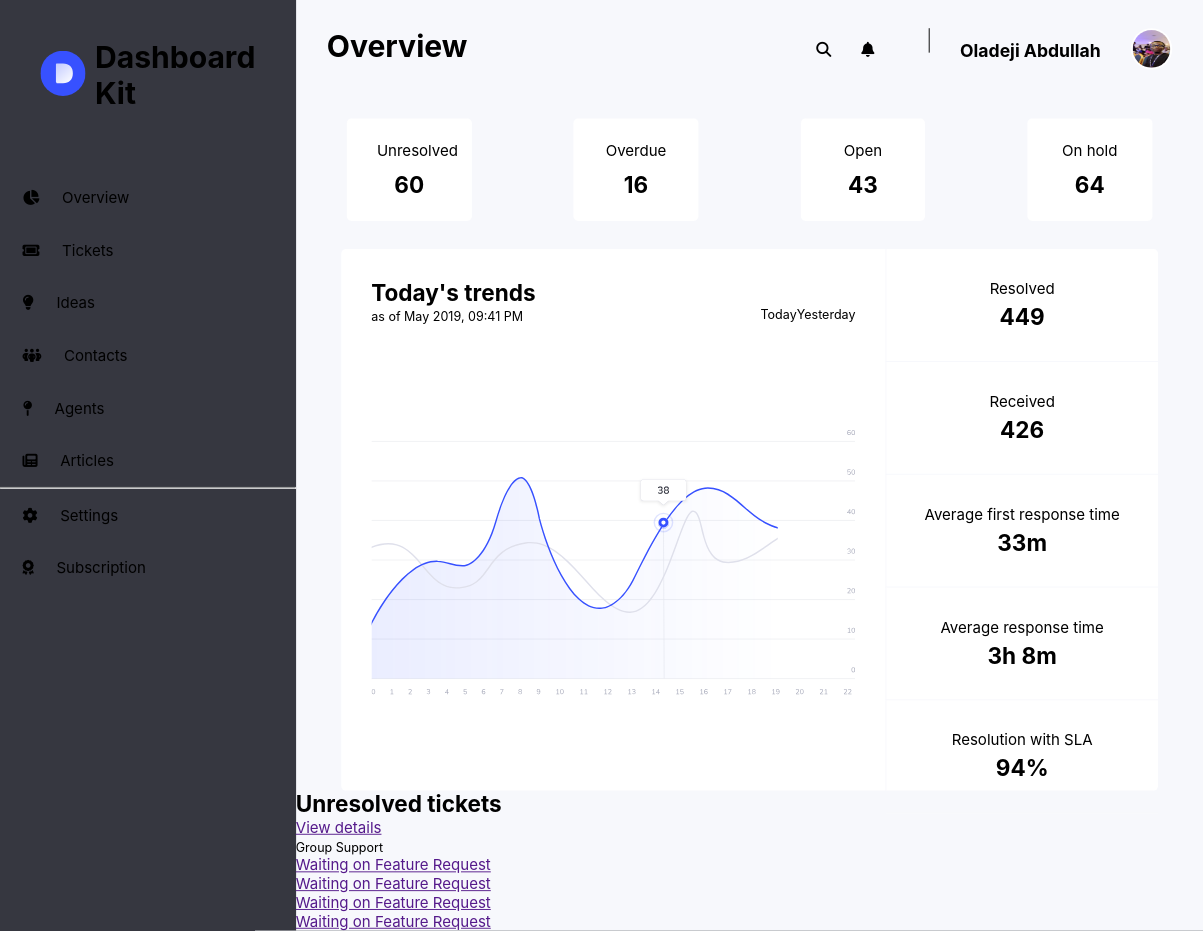
Repository: BuduCE/dashboard
Page: /
These files come from the project's save history. The page is drawn as it stood at one moment and after the next save; the edit follows.
The browser window is 1280 px wide. The pictures show the whole page, at 94% of full size.
Some web libraries are served in a nearby version. The project was rebuilt for these pictures with package versions that can differ from the ones it lists, and the page was loaded fresh each time.

Above is the page before, as saved 2022-08-04 07:53:13.

After the next save:
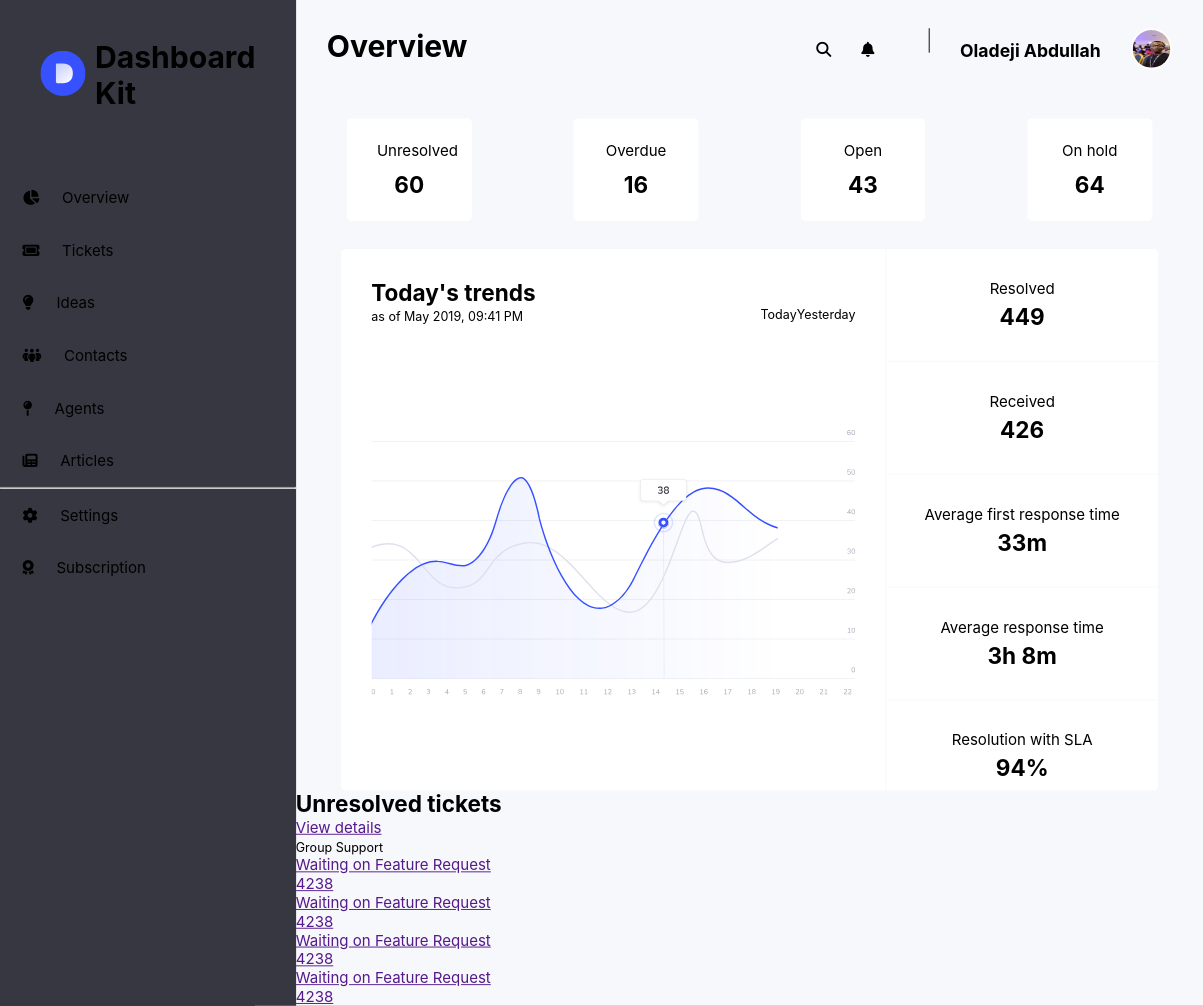
Saved 18 s later.
--- a/src/pages/Overview/index.jsx
+++ b/src/pages/Overview/index.jsx
@@ -84,13 +84,13 @@ const Overview = () => {
                 <div className="ticket_list">
                     <a href="">
                         <p>Waiting on Feature Request</p>
-                        <p></p></a><a href="">
+                        <p>4238</p></a><a href="">
                         <p>Waiting on Feature Request</p>
-                        <p></p></a><a href="">
+                        <p>4238</p></a><a href="">
                         <p>Waiting on Feature Request</p>
-                        <p></p></a><a href="">
+                        <p>4238</p></a><a href="">
                         <p>Waiting on Feature Request</p>
-                        <p></p>
+                        <p>4238</p>
                     </a>
                 </div>
             </div>
